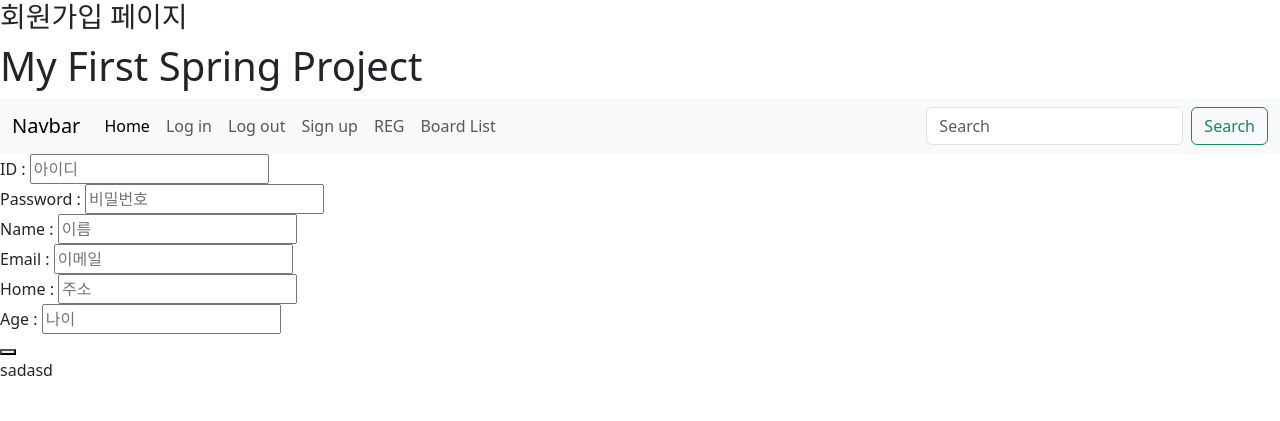
Repository: dfhdfhdfsza/springtest
Page: http://localhost/spring-Test/WEB-INF/views/member/signup.jsp
An editor plug-in stored every save of this project. The page is shown before and after the next save, followed by the edit.
The browser window is 1280 px wide. The pictures show the whole page.
The page is served by Tomcat 9. Nobody is signed in. The template is opened directly, without the code that normally fills it, so the values that code supplies are empty.

Above is the page before, as saved 2023-10-06 07:34:50.

After the next save:
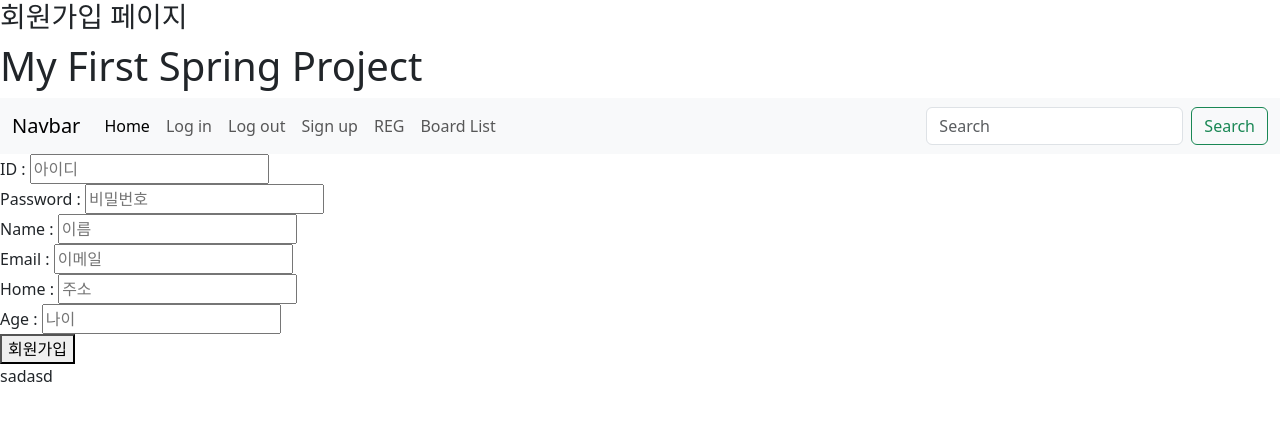
Saved 12 s later.
--- a/spring-Test/src/main/webapp/WEB-INF/views/member/signup.jsp
+++ b/spring-Test/src/main/webapp/WEB-INF/views/member/signup.jsp
@@ -17,7 +17,7 @@
 		Email : <input type="text" name="email" placeholder="이메일"><br>
 		Home :  <input type="text" name="home" placeholder="주소"><br>
 		Age : <input type="text" name="age" placeholder="나이"><br>
-		<button type="submit"></button>
+		<button type="submit">회원가입</button>
 	</form>
 	<jsp:include page="../layout/footer.jsp"></jsp:include>
 </body>
